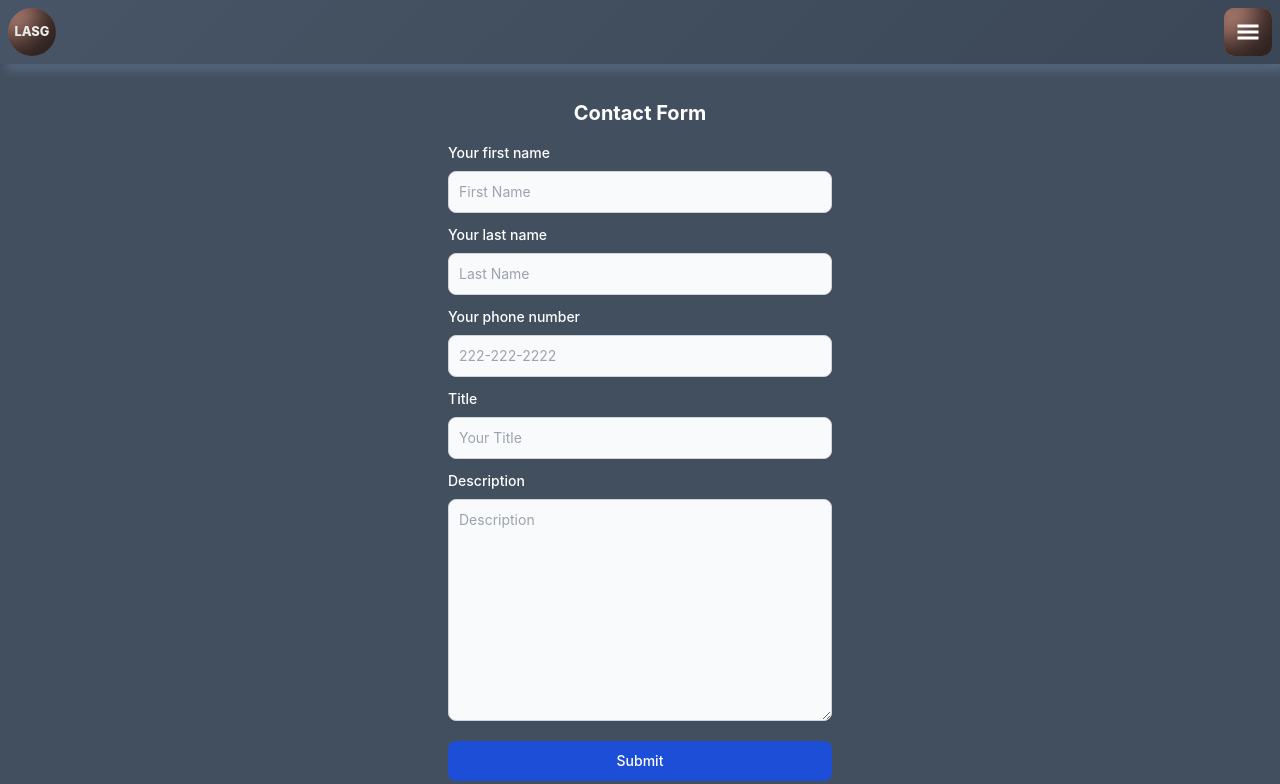
Repository: ShindanoSingi/LA-Swahili-Group
Page: /contactform (app in client/)
An editor plug-in stored every save of this project. The page is shown before and after the next save, followed by the edit.
The browser window is 1280 px wide. The pictures show the whole page.
The project was rebuilt for these pictures with package versions that can differ from the ones it lists, and the page was loaded fresh each time. Also part of the build but not shown: client/src/pages/error/Error.css, client/src/pages/error/Error.js, client/src/pages/home/Home.js, client/src/pages/about/About.js, client/src/pages/contact/Contact.js, client/src/pages/login/Login.js, client/src/pages/userDashBoard/UserDashBoard.js, client/src/pages/superUsersDashBoard/SuperUsersDashBoard.js and 3 more.

Above is the page before, as saved 2024-02-12 01:34:23.

### client/src/index.js
import React from 'react';
import ReactDOM from 'react-dom/client';
import './index.css';
import App from './App';
import reportWebVitals from './reportWebVitals';
import { Provider } from "react-redux";
import store from './redux/store';
import { BrowserRouter } from 'react-router-dom';


const root = ReactDOM.createRoot(document.getElementById('root'));
root.render(
  <Provider store={store}>
    <BrowserRouter>
    <App />
    </BrowserRouter>
  </Provider>
);

// If you want to start measuring performance in your app, pass a function
// to log results (for example: reportWebVitals(console.log))
// or send to an analytics endpoint. Learn more: https://bit.ly/CRA-vitals
reportWebVitals();

### client/src/index.css
@tailwind base;
@tailwind components;
@tailwind utilities;

:root{
  --primary: #424F5F;
  --secondary: #F3F3F3;
  --tertiary: #F4A261;
  --quaternary: #2A9D8F;
  --quinary: #E9C46A;

}

body {
  margin: 0;
  font-family: -apple-system, BlinkMacSystemFont, 'Segoe UI', 'Roboto', 'Oxygen',
    'Ubuntu', 'Cantarell', 'Fira Sans', 'Droid Sans', 'Helvetica Neue',
    sans-serif;
  -webkit-font-smoothing: antialiased;
  -moz-osx-font-smoothing: grayscale;
}

.container{
  max-height: 100vh;
  background-color: var(--primary);
}

.container {
  display: flex;
  justify-content: center;
  align-items: center;
  height: 100vh;
}

.logo{
  height: 100dvh;
}

### client/src/App.js
import Header from "./components/header/Header";
import Error from "./pages/error/Error";
import Home from "./pages/home/Home";
import { Routes, Route, useNavigate } from "react-router-dom";
import About from "./pages/about/About";
import Contact from "./pages/contact/Contact";
import Login from "./pages/login/Login";
import UserDashBoard from "./pages/userDashBoard/UserDashBoard";
import SuperUsersDashBoard from "./pages/superUsersDashBoard/SuperUsersDashBoard";
import { useEffect } from "react";
import Register from "./pages/register/Register";
import EditUser from "./pages/editUser/EditUser";
import AdminDashBoard from "./pages/adminDashBoard/AdminDashBoard";
import ContactForm from "./pages/contactForm/ContactForm";

function App() {

      const navigate = useNavigate()

      const user = 'superusers';

      useEffect(() => {
            if (user === 'superuser') {
                  navigate('/superuser')
            }
      })

      return (
            <>
                  <Header />
                  <Routes>
                        <Route path="/" element={<Home />} />
                        <Route path="/about" element={<About />} />
                        <Route path="/contact" element={<Contact />} />
                        <Route path="/login" element={<Login />} />
                        <Route path="/register" element={<Register/>} />
                        <Route path="/edit" element={<EditUser/>} />
                        <Route path="/user" element={<UserDashBoard/>} />
                        <Route path="/super" element={<SuperUsersDashBoard/>} />
                        <Route path="/admin" element={<AdminDashBoard/>} />
                        <Route path="/contactform" element={<ContactForm />} />
                        <Route
                              path="/:rest*"
                              element={
                                    <h1>
                                          <Error />
                                    </h1>
                              }
                        />
                  </Routes>
            </>
      );
}

export default App;

### client/src/redux/store.js
import { configureStore } from "@reduxjs/toolkit";

import userReducer from "./userSlice";

const store = configureStore({
    reducer: {
        userReducer,
    },
});

export default store;

### client/src/components/header/Header.js
import React, { useState } from "react";
import "./Header.css";
import { GiHamburgerMenu } from "react-icons/gi";
import { Link } from "react-router-dom";

function Header() {
      const [show, setShow] = useState(false);

      return (
            <div className="header fixed top-0 w-full flex items-center justify-between p-2">
                  <Link to="/">
                  <div className="w-12 h-12 rounded-full text-[0.8rem] logo-button flex font-extrabold text-[#EBEBEB] justify-center items-center">
                        LASG
                  </div>
                  </Link>

                  <div className="hambourger h-12 w-12 flex items-center justify-center">
                        <GiHamburgerMenu
                              className="text-[#FFFFFF] text-2xl"
                              onClick={() => setShow(!show)}
                        />
                  </div>
                  {show && (
                        <ul className="flex flex-col items-center p-2 top-[4.2rem] right-2 menu text-[#FFFFFF] absolute">
                              <Link to="/" onClick={() => setShow(!show)}>
                                    <li className="menu-item">Home</li>
                              </Link>
                              <Link to="/about" onClick={() => setShow(!show)}>
                                    <li className="menu-item">About</li>
                              </Link>
                              <Link
                                    to="/contact"
                                    onClick={() => setShow(!show)}
                              >
                                    <li className="menu-item">Contact</li>
                              </Link>
                              <Link to="/login">
                                    <li className="menu-item">Login</li>
                              </Link>
                        </ul>
                  )}
            </div>
      );
}

export default Header;

### client/src/pages/contactForm/ContactForm.js
import React, { useState } from "react";
import { Link } from "react-router-dom";

function ContactForm() {
      return (
            <div className="mt-[4rem] pt-8 container">
                  <div className="w-[80%]">
                        <h1 className="text-xl font-bold text-center mb-4 text-white dark:text-white">
                              Contact Form
                        </h1>
                        <form className="max-w-sm mx-auto">
                              <div className="mb-3">
                                    <label
                                          for="firstname"
                                          className="block mb-2 text-sm font-medium text-white dark:text-white"
                                    >
                                          Your first name
                                    </label>
                                    <input
                                          type="name"
                                          id="firstname"
                                          className="shadow-sm bg-gray-50 border border-gray-300 text-gray-900 text-sm rounded-lg focus:ring-blue-500 focus:border-blue-500 block w-full p-2.5 dark:bg-gray-700 dark:border-gray-600 dark:placeholder-gray-400 dark:text-white dark:focus:ring-blue-500 dark:focus:border-blue-500 dark:shadow-sm-light"
                                          placeholder="First Name"
                                          required
                                    />
                              </div>
                              <div className="mb-3">
                                    <label
                                          for="lastname"
                                          className="block mb-2 text-sm font-medium text-white dark:text-white"
                                    >
                                          Your last name
                                    </label>
                                    <input
                                          type="name"
                                          id="lastname"
                                          className="shadow-sm bg-gray-50 border border-gray-300 text-gray-900 text-sm rounded-lg focus:ring-blue-500 focus:border-blue-500 block w-full p-2.5 dark:bg-gray-700 dark:border-gray-600 dark:placeholder-gray-400 dark:text-white dark:focus:ring-blue-500 dark:focus:border-blue-500 dark:shadow-sm-light"
                                          placeholder="Last Name"
                                          required
                                    />
                              </div>
                              <div className="mb-3">
                                    <label
                                          for="phonenumber"
                                          className="block mb-2 text-sm font-medium text-white dark:text-white"
                                    >
                                          Your phone number
                                    </label>
                                    <input
                                          type="phone"
                                          id="phone"
                                          className="shadow-sm bg-gray-50 border border-gray-300 text-gray-900 text-sm rounded-lg focus:ring-blue-500 focus:border-blue-500 block w-full p-2.5 dark:bg-gray-700 dark:border-gray-600 dark:placeholder-gray-400 dark:text-white dark:focus:ring-blue-500 dark:focus:border-blue-500 dark:shadow-sm-light"
                                          placeholder="222-222-2222"
                                          required
                                    />
                              </div>
                              <div className="mb-3">
                                    <label
                                          for="phonenumber"
                                          className="block mb-2 text-sm font-medium text-white dark:text-white"
                                    >
                                          Title
                                    </label>
                                    <input
                                          type="name"
                                          id="title"
                                          className="shadow-sm bg-gray-50 border border-gray-300 text-gray-900 text-sm rounded-lg focus:ring-blue-500 focus:border-blue-500 block w-full p-2.5 dark:bg-gray-700 dark:border-gray-600 dark:placeholder-gray-400 dark:text-white dark:focus:ring-blue-500 dark:focus:border-blue-500 dark:shadow-sm-light"
                                          placeholder="Your Title"
                                          required
                                    />
                              </div>
                              <div className="mb-3">
                                    <label
                                          for="description"
                                          className="block mb-2 text-sm font-medium text-white dark:text-white"
                                    >
                                          Description
                                    </label>

                                    <textarea name="name" id="description" placeholder="Description" cols="30" rows="10"
                                                                              className="shadow-sm bg-gray-50 border border-gray-300 text-gray-900 text-sm rounded-lg focus:ring-blue-500 focus:border-blue-500 block w-full p-2.5 dark:bg-gray-700 dark:border-gray-600 dark:placeholder-gray-400 dark:text-white dark:focus:ring-blue-500 dark:focus:border-blue-500 dark:shadow-sm-light"

                            />
                              </div>


                              <div>
                                    <button
                                          type="submit"
                                          className="text-white mt-2 w-full bg-blue-700 hover:bg-blue-800 focus:ring-4 focus:outline-none focus:ring-blue-300 font-medium rounded-lg text-sm px-5 py-2.5 text-center dark:bg-blue-600 dark:hover:bg-blue-700 dark:focus:ring-blue-800"
                                    >
                                          Submit
                                    </button>
                              </div>
                        </form>
                  </div>
            </div>
      );
}

export default ContactForm;

### client/src/redux/userSlice.js
import {createSlice} from '@reduxjs/toolkit';

const userSlice = createSlice({
    name: 'user',
    initialState: {
        user: null,
    },
    reducers: {
        setUser: (state, action) => {
            state.user = action.payload;
        },
    },
});

export const {setUser} = userSlice.actions;
export default userSlice.reducer;

### client/src/components/header/Header.css
.header {
    border-radius: 0px;
background: linear-gradient(315deg, #3b4756, #475566);
box-shadow:  -5px -5px 10px #262e37,
             5px 5px 10px #5e7087;
}

.logo-button {
    border-radius: 50%;
    background: #6E5049;
    box-shadow: inset -14px -14px 27px #2d211e, inset 14px 14px 27px #af7f74;
}

.hambourger {
    border-radius: 10px;
    background: #6E5049;
    box-shadow: inset -14px -14px 27px #2d211e, inset 14px 14px 27px #af7f74;
}

.menu {
    border-radius: 9px;
    background: #3E5F75;
    box-shadow: inset -5px -5px 10px #38556c, inset 5px 5px 10px #5885a8;
    padding: 0.5rem;
}

.menu-item{
    border-radius: 7px;
background: #486D8A;
box-shadow: inset -15px -15px 13px #2a3f50,
            inset 15px 15px 13px #669bc4;
            width: 5rem;
            text-align: center;
            margin: 0.2rem;
            padding: 0.2rem 0.5rem;
}

Loaded but not shown: client/public/index.html (common file); client/src/reportWebVitals.js (common file); client/tailwind.config.js (common file)

After the next save:
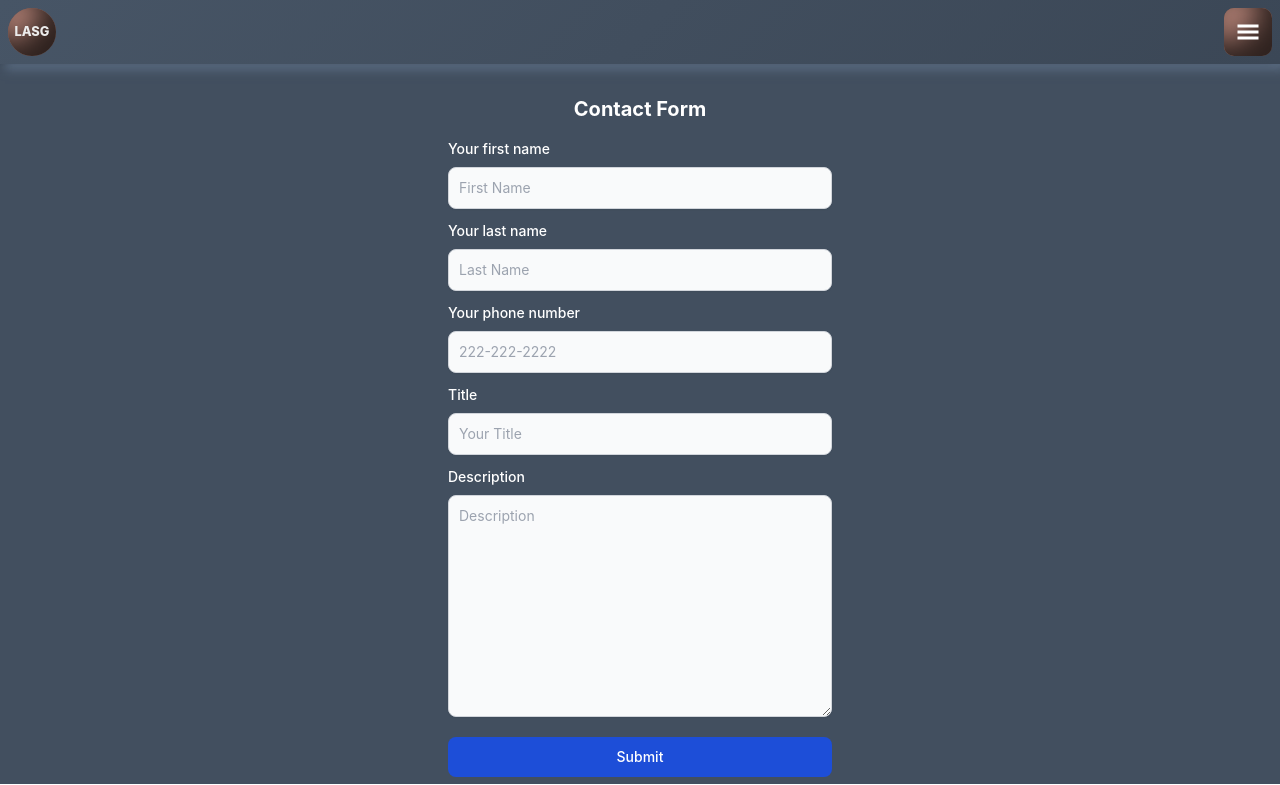
Saved 32 s later.
--- a/client/src/pages/contactForm/ContactForm.js
+++ b/client/src/pages/contactForm/ContactForm.js
@@ -87,7 +87,7 @@ function ContactForm() {
                               <div>
                                     <button
                                           type="submit"
-                                          className="text-white mt-2 w-full bg-blue-700 hover:bg-blue-800 focus:ring-4 focus:outline-none focus:ring-blue-300 font-medium rounded-lg text-sm px-5 py-2.5 text-center dark:bg-blue-600 dark:hover:bg-blue-700 dark:focus:ring-blue-800"
+                                            className="text-white mb-2 mt-2 w-full bg-blue-700 hover:bg-blue-800 focus:ring-4 focus:outline-none focus:ring-blue-300 font-medium rounded-lg text-sm px-5 py-2.5 text-center dark:bg-blue-600 dark:hover:bg-blue-700 dark:focus:ring-blue-800"
                                     >
                                           Submit
                                     </button>
